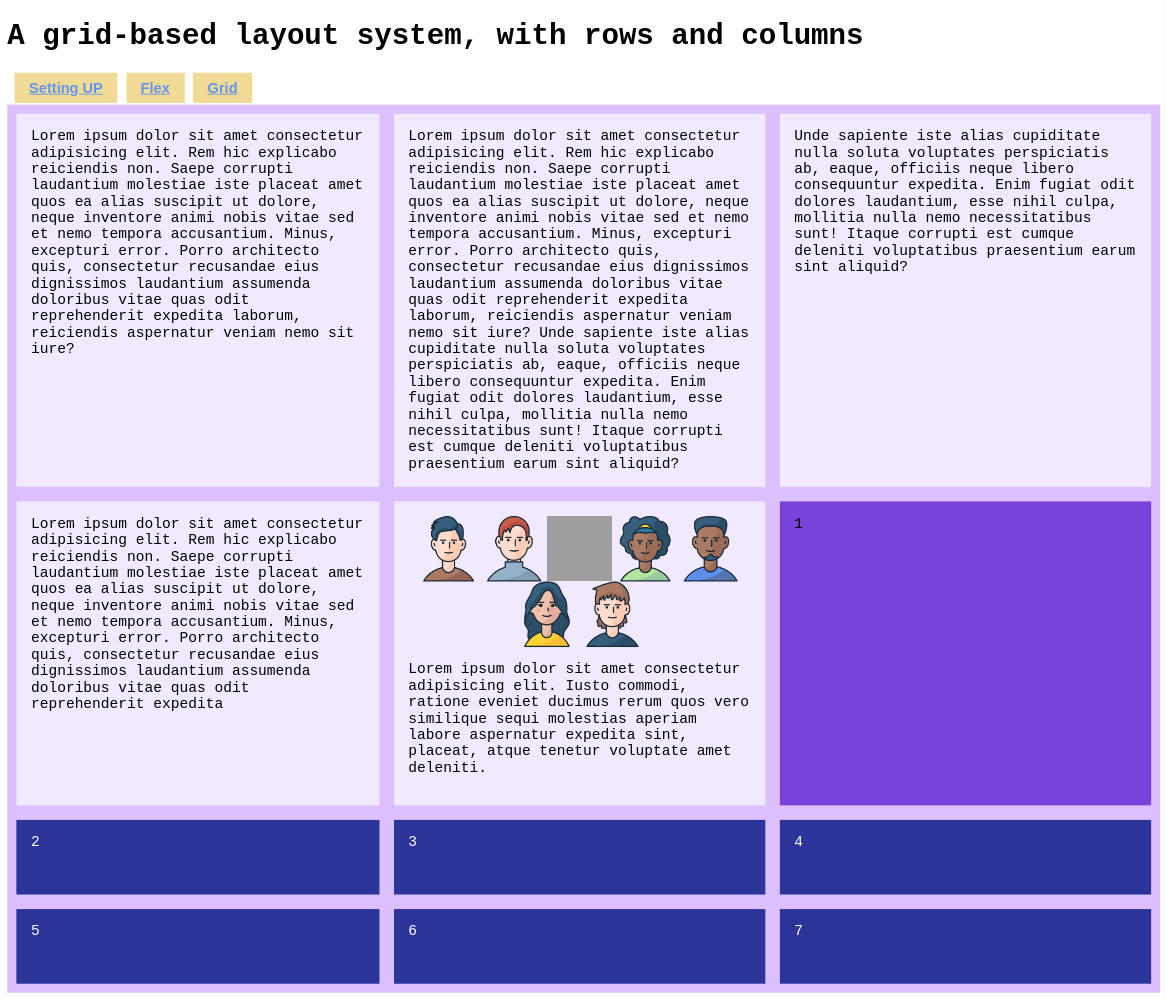
Repository: YingCG/learning-blog
Page: grid.html
The author's editor kept a copy of each file at every save. The page is drawn from the files as they stood at one save, then again after the next save.
The browser window is 1280 px wide. The page is 1280 px wide, then 1288 px, so the pictures cover 1288 px, including what lies to the right of the window. The pictures show the whole page, at 91% of full size.
Pictures or frames that could not be fetched are drawn as grey boxes.

Above is the page before, as saved 2023-11-15 13:18:01.

After the next save:
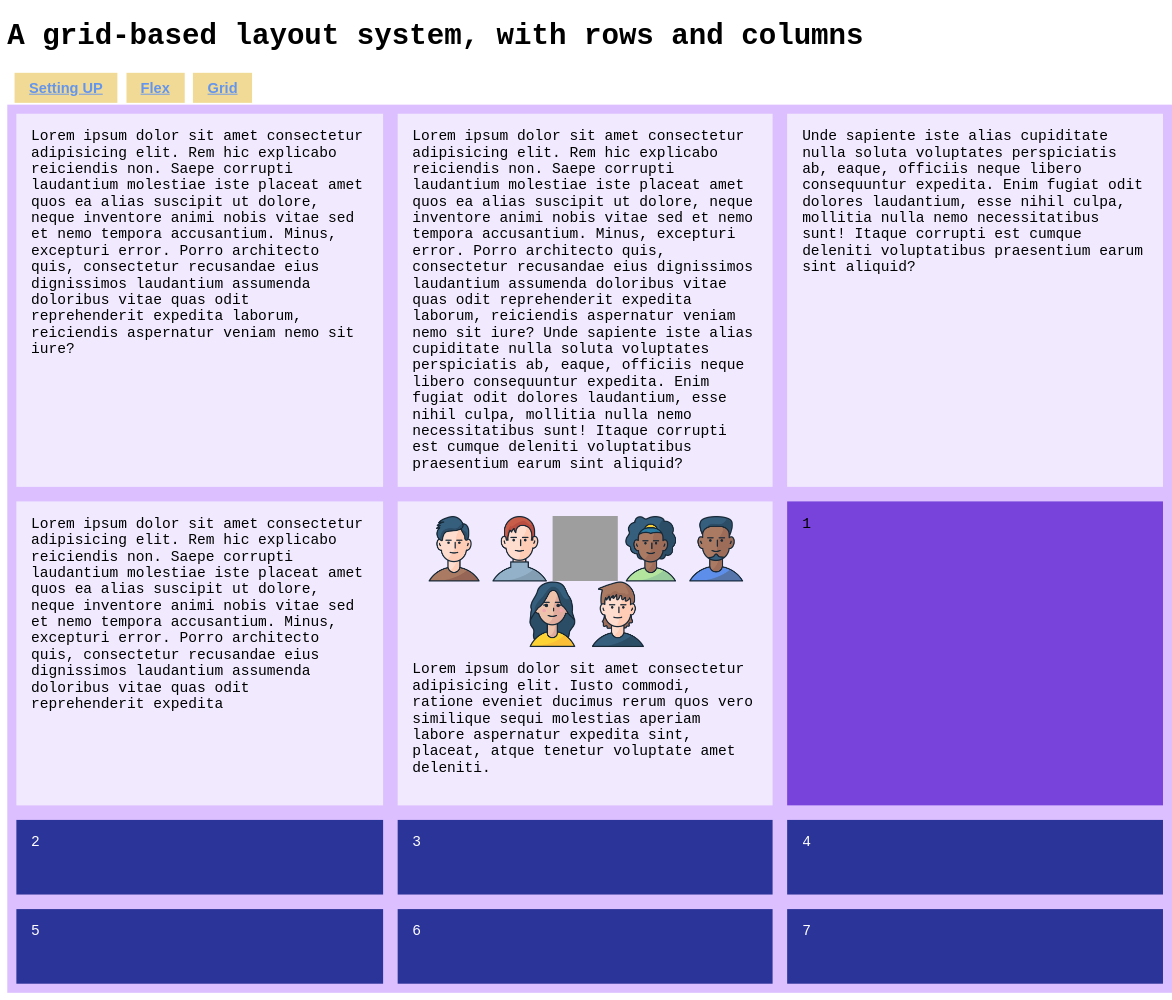
Saved 17 s later.
--- a/style/style.css
+++ b/style/style.css
@@ -3,7 +3,7 @@
 }
 
 body {
-  width: 99vw;
+  width: 100vw;
 }
 
 .alltogether {
